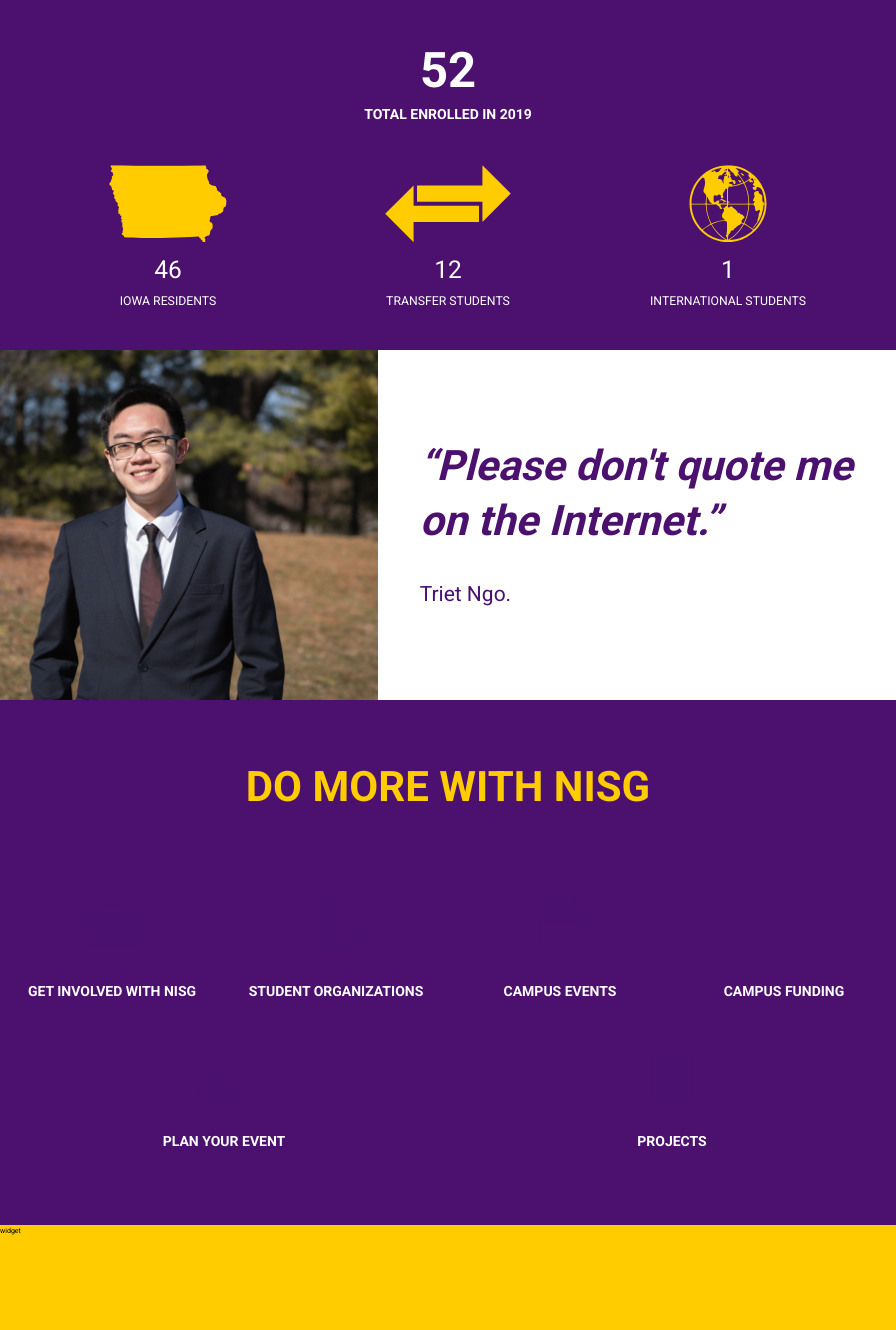
Repository: trietngo/nisg
Page: index.html
The author's editor kept a copy of each file at every save. The page is drawn from the files as they stood at one save, then again after a run of saves.
The browser window is 1280 px wide. The pictures show the part of the page from y = 720 to 2620 px (the page is 3270 px tall), at 70% of full size.
Some web fonts or font styles are not loaded; a fallback is used. The style sheet was rebuilt from its Sass, Less or Tailwind sources for each picture, by a compiler version that may differ from the author's.

Above is the page before, as saved 2020-08-29 14:54:40.

### index.html
<!DOCTYPE html>
<html lang="en">
    <head>
        <meta charset="UTF-8">
        <meta name="viewport" content="width=device-width, initial-scale=1.0">

        <link href="https://fonts.googleapis.com/css2?family=Roboto:wght@100;300;400;500;700;900&display=swap" rel="stylesheet">
        <link href="https://fonts.googleapis.com/css2?family=Sedgwick+Ave&display=swap" rel="stylesheet">
        <link href="https://fonts.googleapis.com/css2?family=Sriracha&display=swap" rel="stylesheet">

        <link rel="stylesheet" href="css/style.css">

        <title>Proposed NISG Website</title>
    </head>

    <body>

        <header class="header">
            <div class="header__upper">
                <div class="header__container--left">
                    <img class="header__logo" src="img/New NISG Logo - White-01.png" alt="NISG Logo">
                    <div class="header__title">Northern Iowa Student Government</div>
                </div>

                <div class="header__container--right">
                    <a href="https://uni.edu" class="header__external">VISIT UNI WEBSITE</a>

                    <input type="text" name="" class="header__searchbar" id="" placeholder="Search NISG">
                    <ul class="header__nav">
                        <li><a class="header__link" href="#">News</a></li>
                        <li><a class="header__link" href="#">Resources</a></li>
                        <li><a class="header__link" href="#">Services</a></li>
                        <li><a class="header__link" href="#">Applications</a></li>
                        <li><a class="header__link" href="#">Student Organizations</a></li>
                        <li><a class="header__link" href="#">About</a></li>
                        <li><a class="header__link btn header__contact" href="#">Contact Us</a></li>
                    </ul>
                </div>
            </div>

            <div class="header__lower">

                <video class="header__video" autoplay muted loop>
                    <source src="img/Website.mp4" type="video/mp4">
                </video>

                <div class="header__overlay">
                    <p class="header__overlay--title">BY UNI STUDENTS.<br>FOR UNI STUDENTS.</p>
                    <p class="header__overlay--subtitle">Serving UNI students is NISG's top priority.</p>
                    <a href="#" class="header__overlay--about btn">About NISG</a>
                </div>

            </div>

        </header>

        <main>

            <section id="enroll">
                <div class="enrollment">
                    <div class="enrollment__total">
                        <div class="enrollment__total--title counter">
                            10497
                        </div>

                        <div class="enrollment__total--subtitle">TOTAL ENROLLED IN 2019</div>

                    </div>

                    <div class="enrollment__breakdown">
                        <div class="enrollment__category">
                            <img class="enrollment__category--icon" src="img/iowa-icon.svg" alt="Iowa icon">
                            <p class="enrollment__category--title counter">9394</p>
                            <p class="enrollment__category--subtitle">IOWA RESIDENTS</p>
                        </div>
                        <div class="enrollment__category">
                            <img class="enrollment__category--icon" src="img/transfer-icon.svg" alt="Transfer icon">
                            <p class="enrollment__category--title counter">2568</p>
                            <p class="enrollment__category--subtitle">TRANSFER STUDENTS</p>
                        </div>
                        <div class="enrollment__category">
                            <img class="enrollment__category--icon" src="img/globe-icon.svg" alt="Globe icon">
                            <p class="enrollment__category--title counter">385</p>
                            <p class="enrollment__category--subtitle">INTERNATIONAL STUDENTS</p>
                        </div>
                    </div>
                </div>
            </section>

            <section id="quotes">
                <div class="testimonials">

                    <img class="testimonials__img" src="img/Triet.jpg" alt="">

                    <div class="testimonials__quote">
                        <p class="quote">&ldquo;Please don't quote me on the Internet.&rdquo;</p>

                        <p class="subquote">Triet Ngo.</p>
                    </div>

                </div>
            </section>

            <section id="services">
                <div class="selection">

                    <div class="selection__title">
                        DO MORE WITH NISG
                    </div>

                    <div class="selection__wrapper">
                        <a href="#" class="selection__link">
                            <div class="selection__items">
                                <img class="selection__icon" src="img/SVG/briefcase.svg" alt="holding-hands">
                                <p class="selection__details">GET INVOLVED WITH NISG</p>
                            </div>
                        </a>

                        <a href="#" class="selection__link">
                            <div class="selection__items">
                                <img class="selection__icon" src="img/SVG/users.svg" alt="holding-hands">
                                <p class="selection__details">STUDENT ORGANIZATIONS</p>
                            </div>
                        </a>

                        <a href="#" class="selection__link">
                            <div class="selection__items">
                                <img class="selection__icon" src="img/SVG/calendar.svg" alt="holding-hands">
                                <p class="selection__details">CAMPUS EVENTS</p>
                            </div>
                        </a>

                        <a href="#" class="selection__link">
                            <div class="selection__items">
                                <img class="selection__icon" src="img/SVG/credit.svg" alt="holding-hands">
                                <p class="selection__details">CAMPUS FUNDING</p>
                            </div>
                        </a>

                        <a href="#" class="selection__link">
                            <div class="selection__items">
                                <img class="selection__icon" src="img/SVG/cake.svg" alt="holding-hands">
                                <p class="selection__details">PLAN YOUR EVENT</p>
                            </div>
                        </a>

                        <a href="#" class="selection__link">
                            <div class="selection__items">
                                <img class="selection__icon" src="img/SVG/clipboard.svg" alt="holding-hands">
                                <p class="selection__details">PROJECTS</p>
                            </div>
                        </a>
                    </div>
                </div>
            </section>

            <section id="news">
                <div class="widget">
                    widget
                </div>
            </section>

        </main>

        <footer class="footer">
            footer
        </footer>

        <script src="script.js"></script>
    </body>
</html>

### script.js
const counters = document.querySelectorAll(".counter"); // Select all elements with "counter" class
const speed = 200;

counters.forEach(counter => {

    const updateCount = () => {
        const target = +counter.innerText; // Total
        let count = 0; // Current count

        const inc = Math.floor(target / speed); //increment

        if (count < target) {
            counter.innerText = count + inc;
        } else {
            counter.innerText = target;
        }

        console.log(target);
        console.log(counter.innerText);

    }
    updateCount();
});

### sass/main.scss
@import "abstract/variables";

@import "base/base";
@import "base/typography";

@import "components/button";

@import "layout/enrollment";
@import "layout/footer";
@import "layout/header";
@import "layout/news";
@import "layout/services";
@import "layout/testimonials";

### sass/abstract/_variables.scss
// COLORS

$color-primary: #4c116f;
$color-secondary: #ffcc00;
$color-tertiary: #ffffff;

### sass/base/_typography.scss
body {
    font-family: 'Roboto', sans-serif;
    font-weight: 400;
    line-height: 1.7;
}

.header__searchbar {
    font-family: 'Roboto', sans-serif;
    font-weight: 400;
    font-size: 1.5rem;
}

.header__overlay {

    &--title {
        font-family: 'Roboto', sans-serif;
        font-weight: 700;
        font-size: 6rem;
        line-height: 1.2;
    }

    &--subtitle {
        font-size: 1.75rem;
    }

    &--about {
        font-size: 2.5rem;
        font-weight: 700;
    }
}

### sass/components/_button.scss
.btn {
    color: $color-secondary !important;
    border: .2rem solid $color-secondary;
    border-radius: 1.5rem;
    padding: 1rem 2rem !important;
    transition: all .3s;
    text-decoration: none;

    &:hover {
        color: $color-primary !important;
        border-color: none;
        background-color: $color-secondary;
        transition: all .3s;
    }
}

### sass/layout/_enrollment.scss
.enrollment {
    background-color: $color-primary;
    height: 50rem;
    display: flex;
    flex-direction: column;
    align-items: center;
    justify-content: space-evenly;
    color: $color-tertiary;
    position: relative;

    @media screen and (max-width: 702px) {
        height: 70rem;
    }

    @media screen and (max-width: 515px) {
        height: 100rem;
    }

    &__total {
        text-align: center;
        font-weight: 700;

        &--title {
            font-size: 7rem;
            line-height: 1.3;
        }

        &--subtitle {
            font-size: 2rem;
        }

    }

    &__breakdown {
        display: flex;
        flex-wrap: wrap;
        align-items: flex-end;

        @media screen and (max-width: 515px) {
            flex-direction: column;
        }
    }

    &__category {
        flex: 1;
        display: flex;
        flex-direction: column;
        width: 40rem;

        @media screen and (max-width: 515px) {
            padding: 2rem;
        }

        &--icon {
            height: 12rem;
            padding-bottom: 1rem;
        }

        &--title {
            font-size: 3.5rem;
            text-align: center;
        }

        &--subtitle {
            font-size: 1.75rem;
            text-align: center;
            white-space: nowrap;
        }
    }
}

### sass/layout/_footer.scss
.footer {
    height: 30rem;
    background-color: $color-tertiary;
}

### sass/layout/_header.scss
.header {

    display: flex;
    flex-direction: column;
    height: 100vh;

    &__container--left {
        flex: 1;
        padding: 3rem 7rem;
    }

    &__container--right {
        flex: 3;
        display: flex;
        flex-direction: column;
        align-items: flex-end;
        justify-content: space-between;
        padding-bottom: 3rem;
    }

    &__upper {
        background-color: $color-primary;
        flex: 0 1 22.5rem;
        display: flex;
        flex-wrap: wrap;
    }

    &__logo {
        height: 15rem;
    }

    &__title {
        font-size: 2rem;
        font-weight: 700;
        color: $color-tertiary;
        white-space: nowrap;
    }

    &__link {
        text-decoration: none;
        font-size: 2rem;
        font-weight: 700;
        color: $color-tertiary;
        padding: 0 3.5rem;
        transition: all .3s;
        white-space: nowrap;

        &:hover {
            color: $color-secondary;
            transition: all .3s;
        }
    }

    &__nav {
        list-style-type: none;
        display: flex;
        padding-right: 6rem;
        align-content: center;
        flex-wrap: wrap;
    }


    &__external {
        display: inline;
        background-color: $color-secondary;
        padding: 2rem 5rem;
        clip-path: polygon(0 0, 100% 0, 100% 100%, 15% 100%);
        text-decoration: none;
        font-size: 2rem;
        font-weight: 700;
    }

    &__video {
        width: 100%;
        height: 100%;
        object-fit: cover;
        opacity: 0.5;
        overflow: hidden;
        position: absolute;
    }

    &__searchbar {
        border: none;
        padding: 1rem;
        padding-right: 2rem;
        padding-left: 6rem;
        text-align: right;
        border-radius: 2rem;
        margin-right: 6rem;

        &:focus {
            outline: none;
        }
    }

    &__contact {
        margin-left: 2.5rem;
    }

    //OVERLAY

    &__lower {
        background-color: $color-primary;
        flex: 1 0 40rem;
        position: relative;
    }

    &__overlay {
        height: 100%;
        width: 100%;
        display: flex;
        flex-direction: column;
        align-items: center;
        justify-content: center;
        color: $color-secondary;

        position: absolute;

        &--title {
            margin: 2rem;
            text-align: center;
        }

        &--about {
            display: inline-block;
            margin: 4rem;
        }
    }
}

### sass/layout/_news.scss
.widget {
    height: 50rem;
    background-color: $color-secondary;
}

### sass/layout/_services.scss
.selection {
    height: 50rem;
    background-color: $color-primary;
    display: flex;
    flex-direction: column;
    justify-content: space-evenly;
    align-items: center;

    @media screen and (max-width: 1816px) {
        height: 75rem;
    }

    @media screen and (max-width: 916px) {
        height: 100rem;
    }

    @media screen and (max-width: 616px) {
        height: 175rem;
    }

    &__title {
        color: $color-secondary;
        font-size: 6rem;
        font-weight: 700;
        text-align: center;
    }

    &__wrapper {
        display: flex;
        justify-items: flex-start;
        flex-wrap: wrap;
    }

    &__items {
        display: flex;
        flex-direction: column;
        width: 30rem;
        flex: 1;
        margin: 3rem 0;

    }

    &__icon {
        height: 8rem;
        margin-bottom: 4rem;
    }

    &__link {
        text-decoration: none;
        color: $color-tertiary;
        font-size: 2rem;
        font-weight: 700;
        display: flex;
        flex: 1;
        transition: all .3s;

        &:hover {
            transform: scale(1.2);
            transition: all .3s;
        }

        &:active {
            transform: scale(1.1);
        }
    }

    &__details {
        text-align: center;
    }
}

### sass/layout/_testimonials.scss
.testimonials {
    height: 50rem;
    background-color: $color-tertiary;
    display: flex;
    flex-wrap: wrap;

    @media screen and (max-width: 702px) {
        flex-direction: column;
        height: 80rem;
    }

    &__img {
        flex: 1;
        height: 100%;
        object-fit: cover;
        overflow: hidden;

        @media screen and (max-width: 702px) {
            width: 100%;
            flex: 2;
        }
    }

    &__quote {
        flex: 1.15;
        padding: 6rem;
        color: $color-primary;
        display: flex;
        flex-direction: column;
        justify-content: center;

        @media screen and (max-width: 702px) {
            flex: 1;
        }
    }

}

.quote {
    font-size: 6rem;
    font-weight: 700;
    font-style: italic;
    line-height: 1.3;
    margin: 2rem 0;
}

.subquote {
    font-size: 3rem;
    margin: 2rem 0;
}

Loaded but not shown: sass/base/_base.scss (common file)

After the next 2 saves:
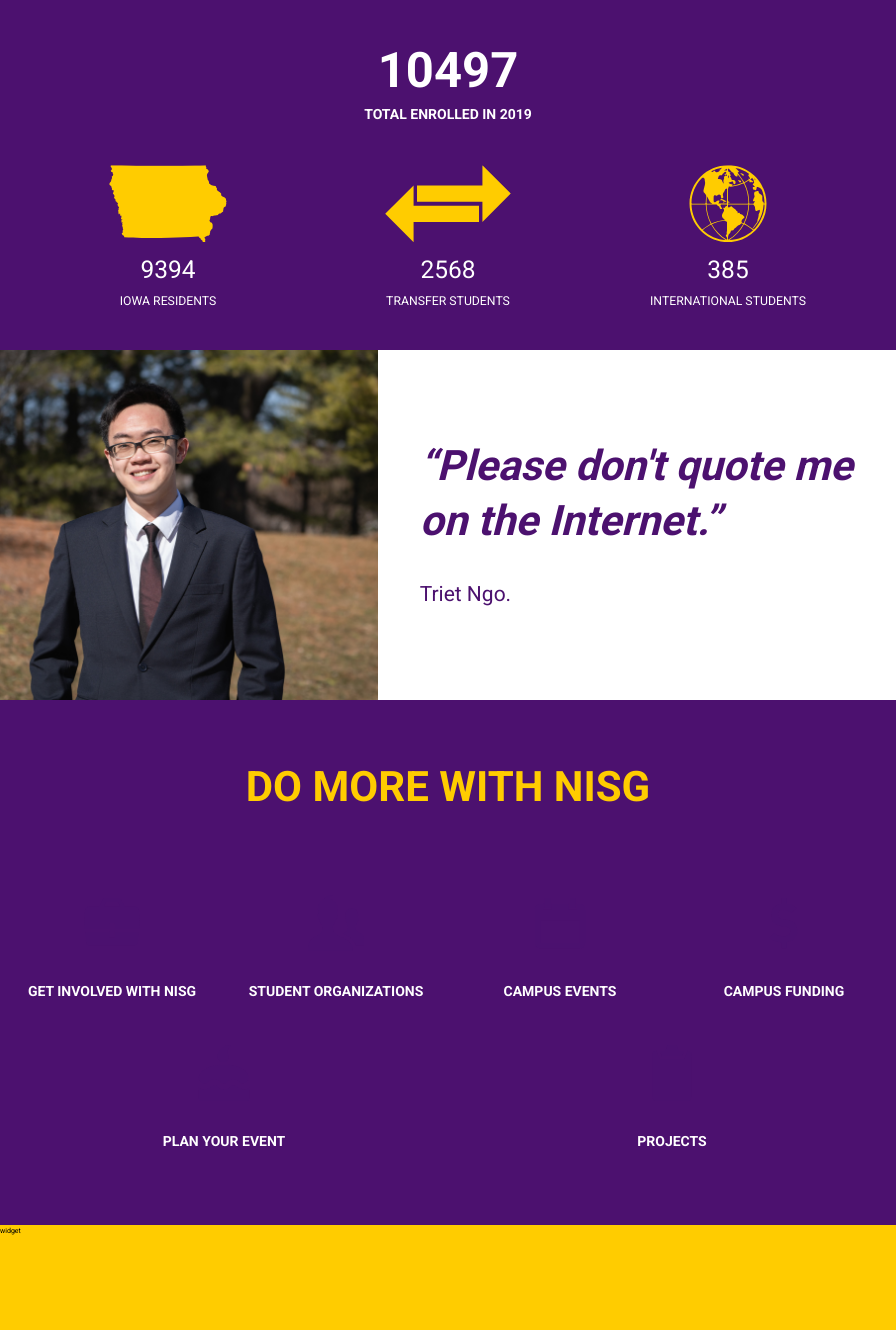
The 2 saves are shown as one change because they came seconds apart.
The last was saved 28 s later.
--- a/script.js
+++ b/script.js
@@ -10,7 +10,7 @@
         const inc = Math.floor(target / speed); //increment
 
         if (count < target) {
-            counter.innerText = count + inc;
+            count += inc;
         } else {
             counter.innerText = target;
         }
